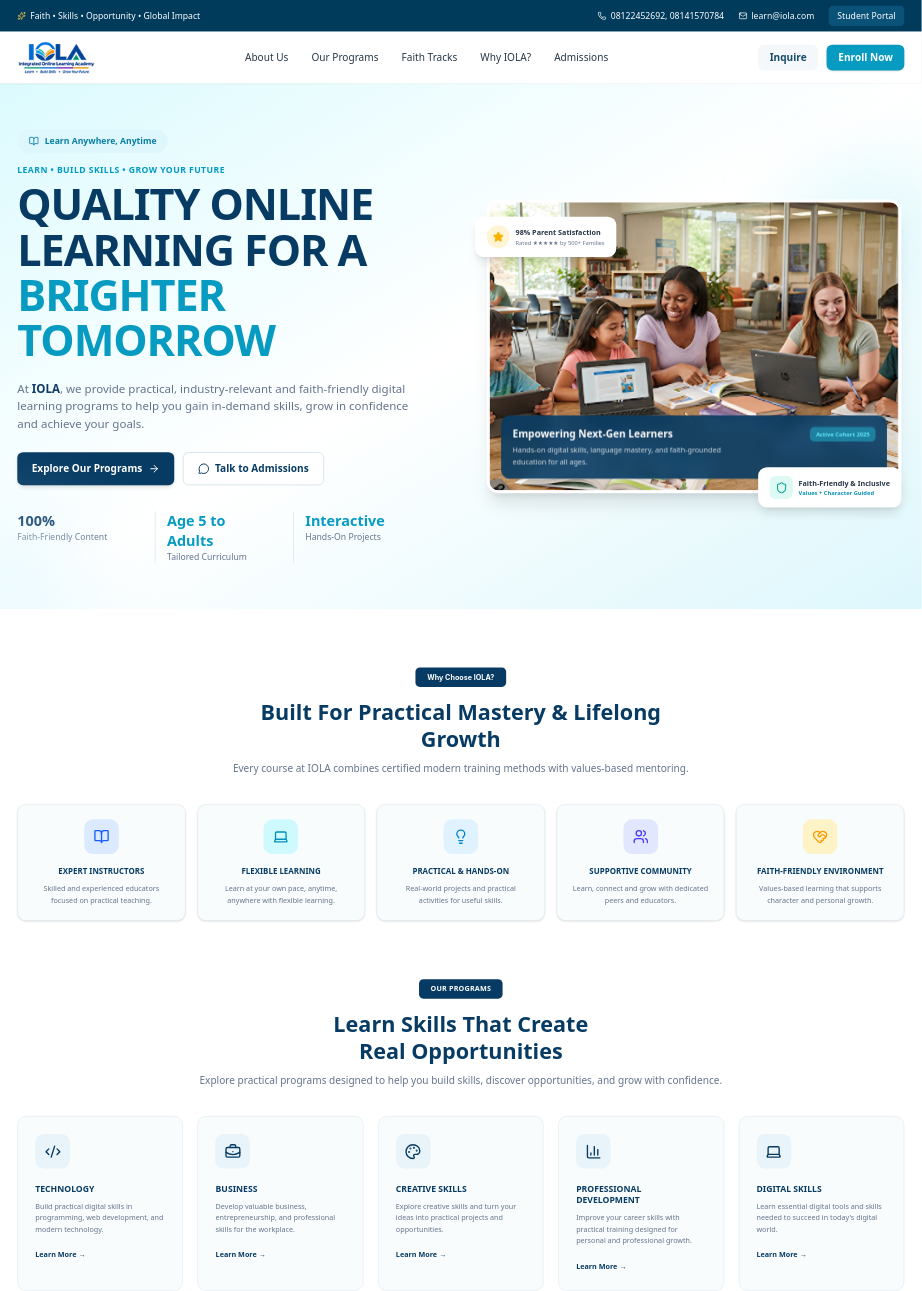
Repository: segunrotini/iola
Page: /
These files come from the project's save history. The page is drawn as it stood at one moment and after the next save; the edit follows.
The browser window is 1280 px wide. The pictures show the whole page, at 72% of full size.
The project was rebuilt for these pictures with package versions that can differ from the ones it lists, and the page was loaded fresh each time. Also part of the build but not shown: vite.config.ts.

Above is the page before, as saved 2026-09-29 15:11:57.

### index.html
<!doctype html>
<html lang="en">
  <head>
    <meta charset="UTF-8" />
    <link rel="icon" type="image/svg+xml" href="/favicon.svg" />
    <meta name="viewport" content="width=device-width, initial-scale=1.0" />
    <title>integrated-online-learning-academy</title>
  </head>
  <body>
    <div id="root"></div>
    <script type="module" src="/src/main.tsx"></script>
  </body>
</html>

### src/App.tsx


import Homepage from "./components/pages/public/Hompage";
function App() {
  return (
    <Homepage />
  )
}

export default App

### src/components/pages/public/Hompage.tsx
import Topbar from "../../home/topbar"
import Nav from "../../home/Nav"
import HeroSection from "../../home/Hero-section"
import WhyChooseUs from "../../home/WhyChooseUs"
import Programs from "../../home/Programs"
function Homepage() {
  return (
    <>


      <Topbar/>
      <Nav/>
      <HeroSection/>
      <WhyChooseUs/>
      <Programs/>
    </>
  )
}
export default Homepage

### src/components/home/topbar.tsx
import { Mail, Phone, Sparkles } from "lucide-react";

const TopBar = () => {
  return (
    <div className="bg-[#003B5C] text-white">
      <div className="mx-auto flex max-w-7xl flex-col gap-2 px-4 py-2 text-[10px] sm:flex-row sm:items-center sm:justify-between sm:px-6 sm:text-xs">
        <div className="flex items-center gap-1.5">
          <Sparkles size={12} className="text-[#F4C542]" />
          <span>Faith • Skills • Opportunity • Global Impact</span>
        </div>

        <div className="flex flex-col items-start gap-2 sm:flex-row sm:items-center sm:gap-5">
          <a
            href="tel:+2348122452692"
            className="flex items-center gap-1.5 transition hover:text-[#5DE1E6]"
          >
            <Phone size={12} />
            <span>08122452692, 08141570784</span>
          </a>

          <a
            href="mailto:learn@iola.com"
            className="flex items-center gap-1.5 transition hover:text-[#5DE1E6]"
          >
            <Mail size={12} />
            <span>learn@iola.com</span>
          </a>

          <a
            href="#student-portal"
            className="rounded-md bg-[#0B5278] px-3 py-1.5 font-medium transition hover:bg-[#08658F]"
          >
            Student Portal
          </a>
        </div>
      </div>
    </div>
  );
};

export default TopBar;

### src/components/home/Nav.tsx
import { Menu, X } from "lucide-react";
import { useState } from "react";
import logo from "../../assets/logo.png";

const Navbar = () => {
  const [isOpen, setIsOpen] = useState(false);

  return (
    <nav className="relative bg-white shadow-sm">
      <div className="mx-auto flex max-w-7xl items-center justify-between px-4 py-3 sm:px-6">
        <a href="/" className="flex items-center">
          <img

            src={logo}
            alt="logo"
            className="h-12 w-auto object-contain"
          />
        </a>

        <div className="hidden items-center gap-8 lg:flex">
          <a
            href="#about"
            className="text-sm font-medium text-[#263746] transition hover:text-[#008DB2]"
          >
            About Us
          </a>

          <a
            href="#programs"
            className="text-sm font-medium text-[#263746] transition hover:text-[#008DB2]"
          >
            Our Programs
          </a>

          <a
            href="#faith-tracks"
            className="text-sm font-medium text-[#263746] transition hover:text-[#008DB2]"
          >
            Faith Tracks
          </a>

          <a
            href="#why-iola"
            className="text-sm font-medium text-[#263746] transition hover:text-[#008DB2]"
          >
            Why IOLA?
          </a>

          <a
            href="#admissions"
            className="text-sm font-medium text-[#263746] transition hover:text-[#008DB2]"
          >
            Admissions
          </a>
        </div>

        <div className="hidden items-center gap-3 lg:flex">
          <a
            href="#inquire"
            className="rounded-lg bg-[#F4F8FA] px-4 py-2 text-sm font-semibold text-[#164A6B] transition hover:bg-[#E8F1F5]"
          >
            Inquire
          </a>

          <a
            href="#enroll"
            className="rounded-lg bg-[#079BC2] px-4 py-2 text-sm font-semibold text-white shadow-sm transition hover:bg-[#0789AB]"
          >
            Enroll Now
          </a>
        </div>

        <button
          type="button"
          onClick={() => setIsOpen(!isOpen)}
          className="rounded-lg p-2 text-[#003B5C] lg:hidden"
          aria-label="Toggle navigation"
        >
          {isOpen ? <X size={24} /> : <Menu size={24} />}
        </button>
      </div>

      {isOpen && (
        <div className="border-t border-gray-100 bg-white px-4 pb-5 pt-3 lg:hidden">
          <div className="flex flex-col gap-1">
            <a
              href="#about"
              onClick={() => setIsOpen(false)}
              className="rounded-lg px-3 py-3 text-sm font-medium text-[#263746] hover:bg-[#F4F8FA]"
            >
              About Us
            </a>

            <a
              href="#programs"
              onClick={() => setIsOpen(false)}
              className="rounded-lg px-3 py-3 text-sm font-medium text-[#263746] hover:bg-[#F4F8FA]"
            >
              Our Programs
            </a>

            <a
              href="#faith-tracks"
              onClick={() => setIsOpen(false)}
              className="rounded-lg px-3 py-3 text-sm font-medium text-[#263746] hover:bg-[#F4F8FA]"
            >
              Faith Tracks
            </a>

            <a
              href="#why-iola"
              onClick={() => setIsOpen(false)}
              className="rounded-lg px-3 py-3 text-sm font-medium text-[#263746] hover:bg-[#F4F8FA]"
            >
              Why IOLA?
            </a>

            <a
              href="#admissions"
              onClick={() => setIsOpen(false)}
              className="rounded-lg px-3 py-3 text-sm font-medium text-[#263746] hover:bg-[#F4F8FA]"
            >
              Admissions
            </a>

            <div className="mt-2 flex gap-3 border-t border-gray-100 pt-4">
              <a
                href="#inquire"
                className="flex-1 rounded-lg bg-[#F4F8FA] px-4 py-2.5 text-center text-sm font-semibold text-[#164A6B]"
              >
                Inquire
              </a>

              <a
                href="#enroll"
                className="flex-1 rounded-lg bg-[#079BC2] px-4 py-2.5 text-center text-sm font-semibold text-white"
              >
                Enroll Now
              </a>
            </div>
          </div>
        </div>
      )}
    </nav>
  );
};

export default Navbar;

### src/components/home/Hero-section.tsx
import {
    ArrowRight,
    BookOpen,
    Shield,
    MessageCircle,
    Star,
} from "lucide-react";
import student from "../../assets/student.png";

const Hero = () => {
    return (
        <section className="relative overflow-hidden bg-gradient-to-br from-[#A5F3FC66] via-white to-[#DDF7FC]">
            <div className="mx-auto max-w-7xl px-4 py-12 sm:px-6 lg:py-16">
                <div className="grid items-center gap-10 lg:grid-cols-2 lg:gap-16">
                    <div>
                        <div className="mb-4 inline-flex items-center gap-2 rounded-full bg-[#DDF7FC] px-4 py-2 text-xs font-semibold text-[#087EA4]">
                            <BookOpen size={14} />
                            Learn Anywhere, Anytime
                        </div>

                        <p className="mb-2 text-xs font-bold uppercase tracking-wider text-[#009BC2]">
                            Learn • Build Skills • Grow Your Future
                        </p>

                        <h1 className="max-w-2xl text-4xl font-extrabold leading-[1.05] tracking-tight text-[#073B63] sm:text-5xl lg:text-6xl">
                            QUALITY ONLINE
                            <br />
                            LEARNING FOR A
                            <br />
                            <span className="text-[#079BC2]">BRIGHTER</span>
                            <br />
                            <span className="text-[#079BC2]">TOMORROW</span>
                        </h1>

                        <p className="mt-6 max-w-xl text-sm leading-6 text-[#64748B] sm:text-base">
                            At <span className="font-bold text-[#0E3B68]">IOLA</span>, we provide practical, industry-relevant and
                            faith-friendly digital learning programs to help you gain
                            in-demand skills, grow in confidence and achieve your goals.
                        </p>

                        <div className="mt-7 flex flex-wrap gap-3">
                            <a
                                href="#programs"
                                className="inline-flex items-center gap-2 rounded-lg bg-[#073B63] px-5 py-3 text-sm font-semibold text-white shadow-md transition hover:bg-[#052E4E]"
                            >
                                Explore Our Programs
                                <ArrowRight size={16} />
                            </a>

                            <a
                                href="#admissions"
                                className="inline-flex items-center gap-2 rounded-lg border border-[#C9DCE5] bg-white px-5 py-3 text-sm font-semibold text-[#073B63] transition hover:bg-[#F5FAFC]"
                            >
                                <MessageCircle size={16} />
                                Talk to Admissions
                            </a>
                        </div>

                        <div className="mt-9 grid max-w-xl grid-cols-3 divide-x divide-[#D8E7ED]">
                            <div className="pr-4">
                                <p className="text-xl font-extrabold text-[#0E3B68]">100%</p>
                                <p className="text-[10px] font-medium text-[#64748B] sm:text-xs">
                                    Faith-Friendly Content
                                </p>
                            </div>

                            <div className="px-4">
                                <p className="text-xl font-extrabold text-[#079BC2]">
                                    Age 5 to <br />
                                    Adults
                                </p>
                                <p className="text-[10px] font-medium text-[#64748B] sm:text-xs">
                                    Tailored Curriculum
                                </p>
                            </div>

                            <div className="pl-4">
                                <p className="text-xl font-extrabold text-[#079BC2]">
                                    Interactive
                                </p>
                                <p className="text-[10px] font-medium text-[#64748B] sm:text-xs">
                                    Hands-On Projects
                                </p>
                            </div>
                        </div>
                    </div>

                    <div className="relative mx-auto w-full max-w-xl">
                        <div className="absolute -right-8 -top-8 h-40 w-40 rounded-full bg-[#BDF3FA] opacity-60 blur-3xl" />

                        <div className="relative">
                            <div className="absolute -left-4 top-6 z-10 rounded-xl bg-white px-4 py-3 shadow-lg">
                                <div className="flex items-center gap-2">
                                    <div className="flex h-8 w-8 items-center justify-center rounded-full bg-[#FFF4D6]">
                                        <Star size={16} className="fill-[#F4B400] text-[#F4B400]" />
                                    </div>

                                    <div>
                                        <p className="text-[10px] font-bold text-[#263746]">
                                            98% Parent Satisfaction
                                        </p>
                                        <p className="text-[8px] text-[#64748B]">
                                            Rated ★★★★★ by 500+ Families
                                        </p>
                                    </div>
                                </div>
                            </div>

                            <div className="overflow-hidden rounded-2xl border-4 border-white bg-white shadow-xl">
                                <img
                                    src={student}
                                    alt="student"
                                    className="h-[330px] w-full object-cover sm:h-[400px]"
                                />

                                <div className="absolute bottom-5 left-5 right-5 rounded-xl bg-[#073B63]/90 p-4 text-white backdrop-blur-sm">
                                    <div className="flex items-start justify-between gap-4">
                                        <div>
                                            <p className="text-sm font-bold">
                                                Empowering Next-Gen Learners
                                            </p>

                                            <p className="mt-1 max-w-xs text-[10px] leading-4 text-white/80">
                                                Hands-on digital skills, language mastery, and faith-grounded
                                                education for all ages.
                                            </p>
                                        </div>

                                        <div className="shrink-0 rounded-md bg-[#22D3EE66] px-2 py-1 text-[8px] font-semibold text-[#67E8F9]">
                                            Active Cohort 2025
                                        </div>
                                    </div>
                                </div>
                            </div>

                            <div className="absolute -bottom-5 -right-3 flex items-center gap-2 rounded-xl bg-white px-4 py-3 shadow-lg sm:right-0">
                                <div className="flex h-8 w-8 items-center justify-center rounded-lg bg-[#DDF9F4]">
                                    <Shield size={17} className="text-[#0BA58D]" />
                                </div>

                                <div>
                                    <p className="text-[10px] font-bold text-[#263746]">
                                        Faith-Friendly & Inclusive
                                    </p>
                                    <p className="text-[8px] text-[#0891B2] font-bold">
                                        Values + Character Guided
                                    </p>
                                </div>
                            </div>
                        </div>
                    </div>
                </div>
            </div>

            <div className="absolute -bottom-20 -left-20 h-48 w-48 rounded-full bg-[#D8F5FF] opacity-60 blur-3xl" />
        </section>
    );
};

export default Hero;

### src/components/home/WhyChooseUs.tsx
import {
  BookOpen,
  HeartHandshake,
  Laptop,
  Lightbulb,
  Users,
} from "lucide-react";

const features = [
  {
    icon: BookOpen,
    title: "EXPERT INSTRUCTORS",
    description:
      "Skilled and experienced educators focused on practical teaching.",
    iconBg: "bg-blue-100",
    iconColor: "text-blue-600",
  },
  {
    icon: Laptop,
    title: "FLEXIBLE LEARNING",
    description:
      "Learn at your own pace, anytime, anywhere with flexible learning.",
    iconBg: "bg-cyan-100",
    iconColor: "text-cyan-600",
  },
  {
    icon: Lightbulb,
    title: "PRACTICAL & HANDS-ON",
    description:
      "Real-world projects and practical activities for useful skills.",
    iconBg: "bg-sky-100",
    iconColor: "text-sky-600",
  },
  {
    icon: Users,
    title: "SUPPORTIVE COMMUNITY",
    description:
      "Learn, connect and grow with dedicated peers and educators.",
    iconBg: "bg-indigo-100",
    iconColor: "text-indigo-600",
  },
  {
    icon: HeartHandshake,
    title: "FAITH-FRIENDLY ENVIRONMENT",
    description:
      "Values-based learning that supports character and personal growth.",
    iconBg: "bg-amber-100",
    iconColor: "text-amber-500",
  },
];

const WhyChooseUs = () => {
  return (
    <section  className="bg-white py-16 sm:py-20">
      <div className="mx-auto max-w-7xl px-4 sm:px-6">
        <div className="mx-auto max-w-2xl text-center">
          <span className="inline-flex items-center rounded-md bg-[#073B63] px-4 py-1.5 text-[10px] font-bold text-white font-[inter]">
            Why Choose IOLA?
          </span>

          <h2 className="mt-4 text-2xl font-extrabold leading-tight text-[#073B63] sm:text-3xl">
            Built For Practical Mastery & Lifelong
            <br className="hidden sm:block" />
            Growth
          </h2>

          <p className="mt-3 text-xs leading-5 text-[#64748B] sm:text-sm">
            Every course at IOLA combines certified modern training methods
            with values-based mentoring.
          </p>
        </div>

        <div className="mt-10 grid gap-4 sm:grid-cols-2 lg:grid-cols-5">
          {features.map((feature) => {
            const Icon = feature.icon;

            return (
              <div
                key={feature.title}
                className="rounded-xl border border-[#E4EDF2] bg-[#F9FCFD] p-5 text-center shadow-sm transition duration-300 hover:-translate-y-1 hover:shadow-md"
              >
                <div
                  className={`mx-auto flex h-12 w-12 items-center justify-center rounded-xl ${feature.iconBg}`}
                >
                  <Icon size={22} className={feature.iconColor} />
                </div>

                <h3 className="mt-4 text-[11px] font-extrabold leading-4 text-[#073B63]">
                  {feature.title}
                </h3>

                <p className="mt-2 text-[10px] leading-4 text-[#64748B]">
                  {feature.description}
                </p>
              </div>
            );
          })}
        </div>
      </div>
    </section>
  );
};

export default WhyChooseUs;

### src/components/home/Programs.tsx

import {
  Code2,
  BriefcaseBusiness,
  Palette,
  BarChart3,
  Laptop,
} from "lucide-react";

const programs = [
  {
    icon: Code2,
    title: "TECHNOLOGY",
    description:
      "Build practical digital skills in programming, web development, and modern technology.",
  },
  {
    icon: BriefcaseBusiness,
    title: "BUSINESS",
    description:
      "Develop valuable business, entrepreneurship, and professional skills for the workplace.",
  },
  {
    icon: Palette,
    title: "CREATIVE SKILLS",
    description:
      "Explore creative skills and turn your ideas into practical projects and opportunities.",
  },
  {
    icon: BarChart3,
    title: "PROFESSIONAL DEVELOPMENT",
    description:
      "Improve your career skills with practical training designed for personal and professional growth.",
  },
  {
    icon: Laptop,
    title: "DIGITAL SKILLS",
    description:
      "Learn essential digital tools and skills needed to succeed in today's digital world.",
  },
];

const Programs = () => {
  return (

      <div className="mx-auto max-w-7xl px-4 sm:px-6">
        <div className="mx-auto max-w-3xl text-center">
          <span className="inline-flex items-center rounded-md bg-[#073B63] px-4 py-1.5 text-[10px] font-bold uppercase tracking-wide text-white">
            Our Programs
          </span>

          <h2 className="mt-4 text-2xl font-extrabold leading-tight text-[#073B63] sm:text-3xl">
            Learn Skills That Create
            <br className="hidden sm:block" />
            Real Opportunities
          </h2>

          <p className="mt-3 text-xs leading-5 text-[#64748B] sm:text-sm">
            Explore practical programs designed to help you build skills,
            discover opportunities, and grow with confidence.
          </p>
        </div>

        <div className="mt-10 grid gap-5 sm:grid-cols-2 lg:grid-cols-5">
          {programs.map((program) => {
            const Icon = program.icon;

            return (
              <div
                key={program.title}
                className="group rounded-xl border border-[#E4EDF2] bg-[#F9FCFD] p-6 transition duration-300 hover:-translate-y-1 hover:shadow-lg"
              >
                <div className="flex h-12 w-12 items-center justify-center rounded-xl bg-[#E8F3FA]">
                  <Icon
                    size={23}
                    className="text-[#073B63] transition duration-300 group-hover:scale-110"
                  />
                </div>

                <h3 className="mt-5 text-xs font-extrabold leading-4 text-[#073B63]">
                  {program.title}
                </h3>

                <p className="mt-2 text-[10px] leading-4 text-[#64748B]">
                  {program.description}
                </p>

                <button className="mt-5 text-[10px] font-bold text-[#073B63] transition hover:text-[#0B6EA8]">
                  Learn More →
                </button>
              </div>
            );
          })}
        </div>
      </div>

  );
};

export default Programs;

Loaded but not shown: src/main.tsx (common file); src/index.css (common file)

After the next save:
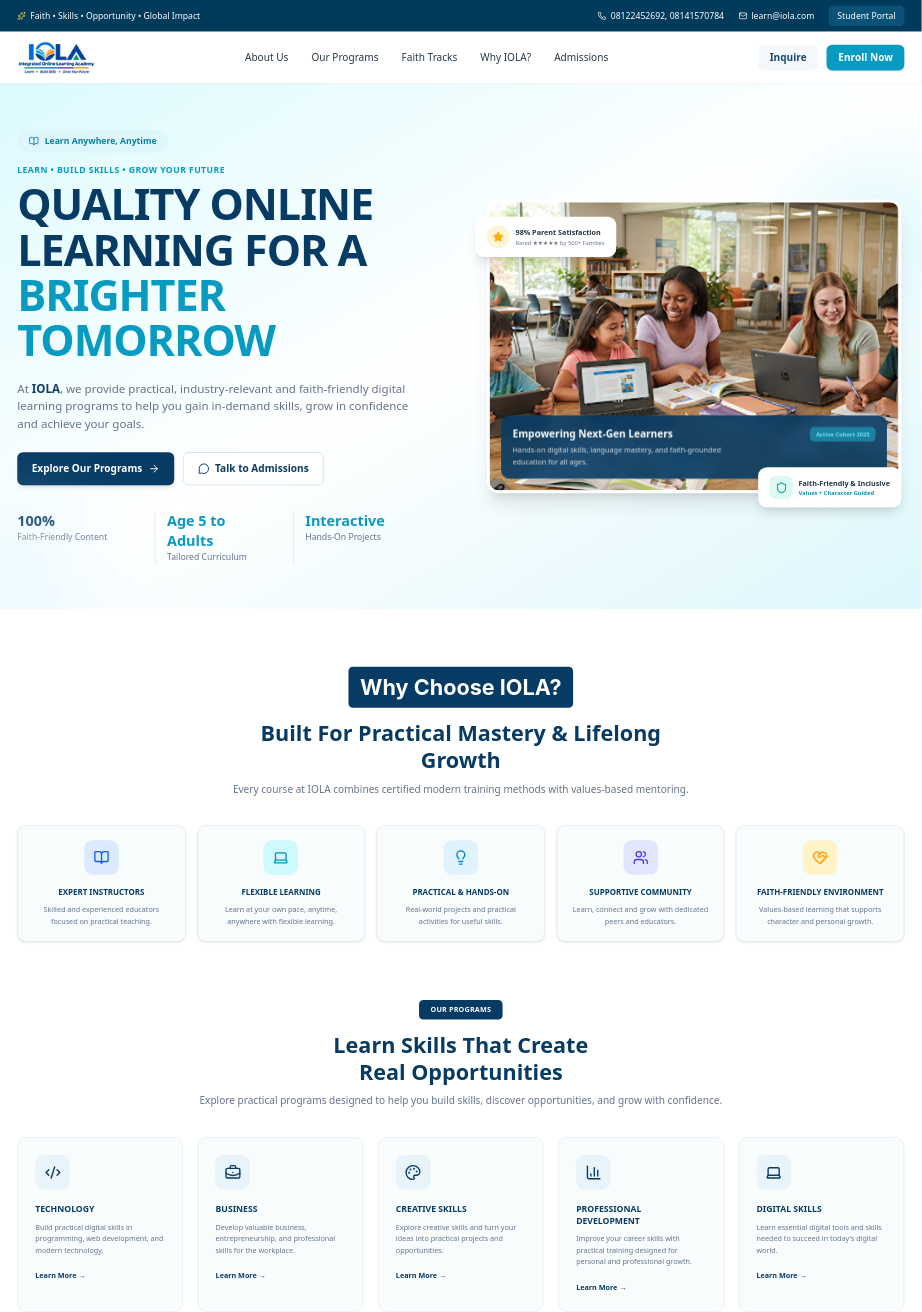
Saved 22 s later.
--- a/src/components/home/WhyChooseUs.tsx
+++ b/src/components/home/WhyChooseUs.tsx
@@ -54,7 +54,7 @@
     <section  className="bg-white py-16 sm:py-20">
       <div className="mx-auto max-w-7xl px-4 sm:px-6">
         <div className="mx-auto max-w-2xl text-center">
-          <span className="inline-flex items-center rounded-md bg-[#073B63] px-4 py-1.5 text-[10px] font-bold text-white font-[inter]">
+          <span className="inline-flex items-center rounded-md bg-[#073B63] px-4 py-1.5 text-[30px] font-bold text-white font-[inter]">
             Why Choose IOLA?
           </span>
 
